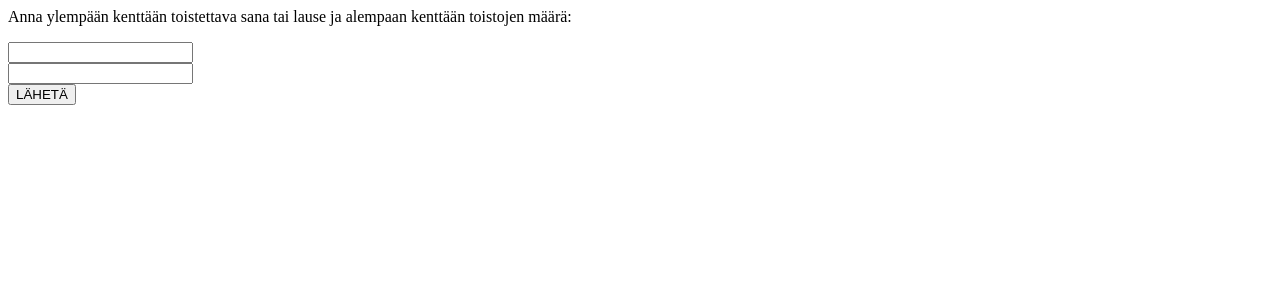
Repository: koodaajakige/knykanen
Page: public_html/be/sanatoisto.html
An editor plug-in stored every save of this project. The page is shown before and after the next save, followed by the edit.
The browser window is 1280 px wide. The pictures show the whole page.

Above is the page before, as saved 2022-11-02 07:00:22.

After the next save:
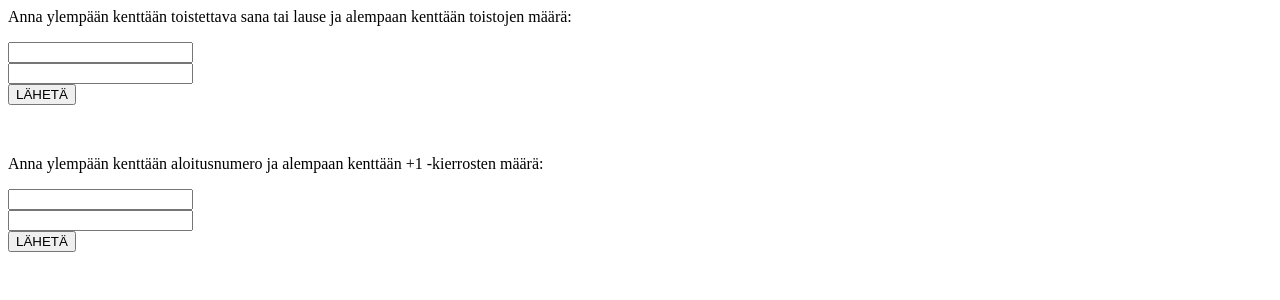
Saved 66 s later.
--- a/public_html/be/sanatoisto.html
+++ b/public_html/be/sanatoisto.html
@@ -10,4 +10,11 @@
     <input type="text" name="luku" /><br>
     <input type="submit" value="LÄHETÄ" />
 </form>
+<br>
+<p>Anna ylempään kenttään aloitusnumero ja alempaan kenttään +1 -kierrosten määrä:</p>
+<form action="sanatoisto.php" method="GET">
+    <input type="text" name="luku1" /><br>
+    <input type="text" name="toisto" /><br>
+    <input type="submit" value="LÄHETÄ" />
+</form>
 </body>
